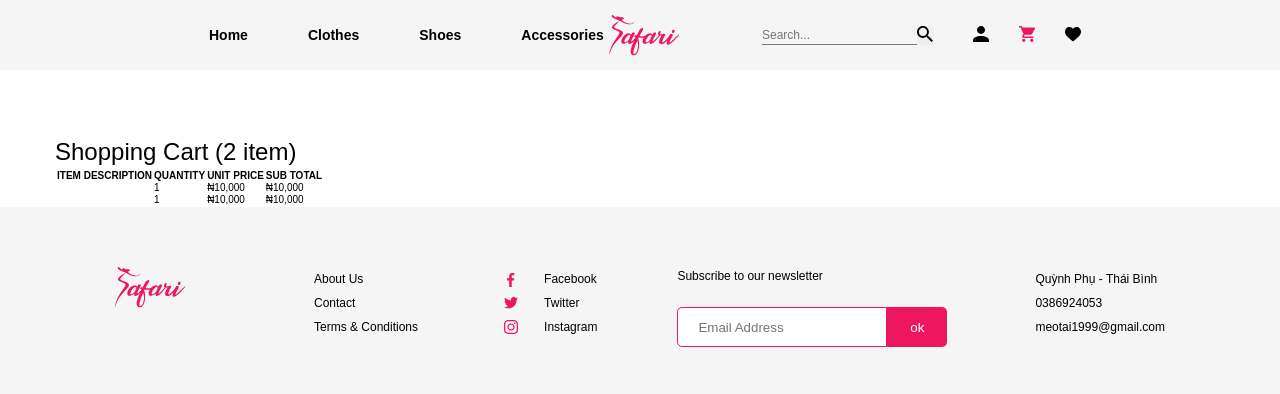
Repository: tboy1999/safari
Page: views/cart.html
An editor plug-in stored every save of this project. The page is shown before and after the next save, followed by the edit.
The browser window is 1280 px wide. The pictures show the whole page.
Some web libraries are served in a nearby version. The style sheet was rebuilt from its Sass, Less or Tailwind sources for each picture, by a compiler version that may differ from the author's.

Above is the page before, as saved 2022-04-28 13:11:06.

### views/cart.html
<!DOCTYPE html>
<html lang="en">
<head>
  <meta charset="UTF-8">
  <meta http-equiv="X-UA-Compatible" content="IE=edge">
  <meta name="viewport" content="width=device-width, initial-scale=1.0">
  <title>cart safari</title>
  <link rel="shortcut icon" href="./image/logo/Logo.svg" type="image/x-icon">
  <link rel="preconnect" href="https://fonts.googleapis.com">
  <link rel="preconnect" href="https://fonts.gstatic.com" crossorigin>
  <link rel="stylesheet" href="https://cdnjs.cloudflare.com/ajax/libs/font-awesome/6.1.1/css/all.min.css" integrity="sha512-KfkfwYDsLkIlwQp6LFnl8zNdLGxu9YAA1QvwINks4PhcElQSvqcyVLLD9aMhXd13uQjoXtEKNosOWaZqXgel0g==" crossorigin="anonymous" referrerpolicy="no-referrer" />
  <link rel="stylesheet" href="../css/grid.css">
  <link rel="stylesheet" href="../css/cart.css">
</head>
<body>
  <header id="header" class="header">
    <div class="container">
      <div class="header__container facenter">
        <ul class="header__list facenter fz14-fw600">
          <li class="header__item"><a href="../index.html" class="header__link">Home</a></li>
          <li class="header__item"><a href="./clothes.html" class="header__link">Clothes</a></li>
          <li class="header__item"><a href="./shoes.html" class="header__link">Shoes</a></li>
          <li class="header__item"><a href="./accessories.html" class="header__link">Accessories</a></li>
        </ul>
        <form class="header__search facenter">
          <input type="text" placeholder="Search..." class="fz12">
          <button type="submit"><img src="../image/header/search.svg" alt=""></button>
        </form>
        <div class="header__feature facenter">
          <a href="./user.html">
            <svg width="16" height="16" viewBox="0 0 16 16" fill="inherit" xmlns="http://www.w3.org/2000/svg">
            <path d="M8 0C9.06087 0 10.0783 0.421427 10.8284 1.17157C11.5786 1.92172 12 2.93913 12 4C12 5.06087 11.5786 6.07828 10.8284 6.82843C10.0783 7.57857 9.06087 8 8 8C6.93913 8 5.92172 7.57857 5.17157 6.82843C4.42143 6.07828 4 5.06087 4 4C4 2.93913 4.42143 1.92172 5.17157 1.17157C5.92172 0.421427 6.93913 0 8 0ZM8 10C12.42 10 16 11.79 16 14V16H0V14C0 11.79 3.58 10 8 10Z"/>
            </svg>
          </a>
          <a href="#" class="header__feature--active">
            <svg width="16" height="16" viewBox="0 0 16 16" fill="inherit" xmlns="http://www.w3.org/2000/svg">
              <path d="M12.8 12.8C11.912 12.8 11.2 13.512 11.2 14.4C11.2 14.8243 11.3686 15.2313 11.6686 15.5314C11.9687 15.8314 12.3757 16 12.8 16C13.2243 16 13.6313 15.8314 13.9314 15.5314C14.2314 15.2313 14.4 14.8243 14.4 14.4C14.4 13.9757 14.2314 13.5687 13.9314 13.2686C13.6313 12.9686 13.2243 12.8 12.8 12.8ZM0 0V1.6H1.6L4.48 7.672L3.392 9.632C3.272 9.856 3.2 10.12 3.2 10.4C3.2 10.8243 3.36857 11.2313 3.66863 11.5314C3.96869 11.8314 4.37565 12 4.8 12H14.4V10.4H5.136C5.08296 10.4 5.03209 10.3789 4.99458 10.3414C4.95707 10.3039 4.936 10.253 4.936 10.2C4.936 10.16 4.944 10.128 4.96 10.104L5.68 8.8H11.64C12.24 8.8 12.768 8.464 13.04 7.976L15.904 2.8C15.96 2.672 16 2.536 16 2.4C16 2.18783 15.9157 1.98434 15.7657 1.83431C15.6157 1.68429 15.4122 1.6 15.2 1.6H3.368L2.616 0H0ZM4.8 12.8C3.912 12.8 3.2 13.512 3.2 14.4C3.2 14.8243 3.36857 15.2313 3.66863 15.5314C3.96869 15.8314 4.37565 16 4.8 16C5.22435 16 5.63131 15.8314 5.93137 15.5314C6.23143 15.2313 6.4 14.8243 6.4 14.4C6.4 13.9757 6.23143 13.5687 5.93137 13.2686C5.63131 12.9686 5.22435 12.8 4.8 12.8Z"/>
            </svg>
          </a>
          <a href="#">
            <svg width="16" height="15" viewBox="0 0 16 15" fill="inherit"
            xmlns="http://www.w3.org/2000/svg">
              <path d="M14.7307 1.39307C13.9025 0.494751 12.766 0 11.5304 0C10.6068 0 9.76099 0.291992 9.01636 0.867798C8.64062 1.15845 8.30017 1.51404 8 1.92908C7.69995 1.51416 7.35938 1.15845 6.98352 0.867798C6.23901 0.291992 5.39319 0 4.4696 0C3.23401 0 2.09741 0.494751 1.26917 1.39307C0.450806 2.28088 0 3.49377 0 4.80847C0 6.16162 0.504272 7.40027 1.58691 8.70667C2.55542 9.87524 3.94739 11.0615 5.55933 12.4352C6.10974 12.9043 6.73364 13.436 7.38147 14.0024C7.55261 14.1523 7.77222 14.2349 8 14.2349C8.22766 14.2349 8.44739 14.1523 8.61829 14.0027C9.26611 13.4362 9.89038 12.9042 10.441 12.4348C12.0527 11.0614 13.4447 9.87524 14.4132 8.70654C15.4958 7.40027 16 6.16162 16 4.80835C16 3.49377 15.5492 2.28088 14.7307 1.39307Z"/>
            </svg>
          </a>
        </div>
        <div class="header__logo">
          <a href="../index.html"><img src="../image/logo/Logo.svg" alt=""></a>
        </div>
      </div>
    </div>
  </header>

  <main id="cart" class="cart">
    <div class="container">
      <h1 class="cart__heading fz24">Shopping Cart (2 item)</h1>
      <table>
        <thead>
          <tr>
            <th>ITEM DESCRIPTION</th>
            <th>QUANTITY</th>
            <th>UNIT PRICE</th>
            <th>SUB TOTAL</th>
          </tr>
        </thead>
        <tbody>
          <tr>
            <td></td>
            <td>1</td>
            <td>₦10,000</td>
            <td>₦10,000</td>
          </tr>
          <tr>
            <td></td>
            <td>1</td>
            <td>₦10,000</td>
            <td>₦10,000</td>
          </tr>
        </tbody>
      </table>
    </div>
  </main>
  <footer class="footer">
    <div class="container">
      <div class="footer__container d-flex fz12">
        <div class="footer__logo">
          <a href="../index.html"><img src="../image/logo/Logo.svg" alt=""></a>
        </div>
        <div class="footer__body d-flex gap80">
          <ul class="footer__pages">
            <li class="footer__item fz12"><a href="#">About Us</a></li>
            <li class="footer__item fz12"><a href="#">Contact</a></li>
            <li class="footer__item fz12"><a href="#">Terms & Conditions</a></li>
          </ul>
          <ul class="footer__networks">
            <li class="footer__item facenter gap20">
              <div class="footer__icon flex-center">
                <a href="#" class="facenter"><img src="../image/footer/fb.svg" alt=""></a>
              </div>
              <p><a href="#">Facebook</a></p>
            </li>
            <li class="footer__item facenter gap20">
              <div class="footer__icon flex-center">
                <a href="#" class="facenter"><img src="../image/footer/twitter.svg" alt=""></a>
              </div>
              <p><a href="#">Twitter</a></p>
            </li>
            <li class="footer__item facenter gap20">
              <div class="footer__icon flex-center">
                <a href="#" class="facenter"><img src="../image/footer/instagram.svg" alt=""></a>
              </div>
              <p><a href="#">Instagram</a></p>
            </li>
          </ul>
          <div class="footer__input">
            <p>Subscribe to our newsletter</p>
            <form action="" class="facenter footer__form">
              <input type="text" placeholder="Email Address">
              <button type="submit">ok</button>
            </form>
          </div>
        </div>
        <div class="footer__info">
          <p>Quỳnh Phụ - Thái Bình</p>
          <p>0386924053</p>
          <p>meotai1999@gmail.com</p>
        </div>
      </div>
    </div>
  </footer>
</body>
</html>

### css/grid.css
.container {
    width: 100%;
    display: block;
    padding: 0 15px;
    max-width: 1470px;
    margin: 0 auto;
}
.row {
    display: flex;
    flex-wrap: wrap;
}

.row.no-gutters {
    margin-left: 0;
    margin-right: 0;
}
.row.no-gutters .col {
    padding-left: 0;
    padding-right: 0;
}
@media screen and (max-width: 575.98px) {

    .row {
        margin-left: -4px;
        margin-right: -4px;
    }


    .col {
        padding-left: 4px;
        padding-right: 4px;
    }


    .xs-0 {
        display: none;
    }

    .xs-1 {
        flex: 0 0 8.33333%;
        max-width: 8.33333%;
    }

    .xs-2 {
        flex: 0 0 16.66667%;
        max-width: 16.66667%;
    }

    .xs-3 {
        flex: 0 0 25%;
        max-width: 25%;
    }

    .xs-4 {
        flex: 0 0 33.33333%;
        max-width: 33.33333%;
    }

    .xs-5 {
        flex: 0 0 41.66667%;
        max-width: 41.66667%;
    }

    .xs-6 {
        flex: 0 0 50%;
        max-width: 50%;
    }

    .xs-7 {
        flex: 0 0 58.33333%;
        max-width: 58.33333%;
    }

    .xs-8 {
        flex: 0 0 66.66667%;
        max-width: 66.66667%;
    }

    .xs-9 {
        flex: 0 0 75%;
        max-width: 75%;
    }

    .xs-10 {
        flex: 0 0 83.33333%;
        max-width: 83.33333%;
    }

    .xs-11 {
        flex: 0 0 91.66667%;
        max-width: 91.66667%;
    }

    .xs-12 {
        flex: 0 0 100%;
        max-width: 100%;
    }

    .xs-o-1 {
        margin-left: 8.33333%;
    }

    .xs-o-2 {
        margin-left: 16.66667%;
    }

    .xs-o-3 {
        margin-left: 25%;
    }

    .xs-o-4 {
        margin-left: 33.33333%;
    }

    .xs-o-5 {
        margin-left: 41.66667%;
    }

    .xs-o-6 {
        margin-left: 50%;
    }

    .xs-o-7 {
        margin-left: 58.33333%;
    }

    .xs-o-8 {
        margin-left: 66.66667%;
    }

    .xs-o-9 {
        margin-left: 75%;
    }

    .xs-o-10 {
        margin-left: 83.33333%;
    }

    .xs-o-11 {
        margin-left: 91.66667%;
    }
}



@media (min-width: 576px) and (max-width: 767.98px) {
    .row {
        margin-left: -6px;
        margin-right: -6px;
    }
    .col {
        padding-left: 6px;
        padding-right: 6px;
    }
    .sm-0 {
        display: none;
    }
    .sm-1,
    .sm-2,
    .sm-3,
    .sm-4,
    .sm-5,
    .sm-6,
    .sm-7,
    .sm-8,
    .sm-9,
    .sm-10,
    .sm-11,
    .sm-12 {
        display: block;
    }
    .sm-1 {
        flex: 0 0 8.33333%;
        max-width: 8.33333%;
    }
    .sm-2 {
        flex: 0 0 16.66667%;
        max-width: 16.66667%;
    }
    .sm-3 {
        flex: 0 0 25%;
        max-width: 25%;
    }
    .sm-4 {
        flex: 0 0 33.33333%;
        max-width: 33.33333%;
    }
    .sm-5 {
        flex: 0 0 41.66667%;
        max-width: 41.66667%;
    }
    .sm-6 {
        flex: 0 0 50%;
        max-width: 50%;
    }
    .sm-7 {
        flex: 0 0 58.33333%;
        max-width: 58.33333%;
    }
    .sm-8 {
        flex: 0 0 66.66667%;
        max-width: 66.66667%;
    }
    .sm-9 {
        flex: 0 0 75%;
        max-width: 75%;
    }
    .sm-10 {
        flex: 0 0 83.33333%;
        max-width: 83.33333%;
    }
    .sm-11 {
        flex: 0 0 91.66667%;
        max-width: 91.66667%;
    }
    .sm-12 {
        flex: 0 0 100%;
        max-width: 100%;
    }
    .sm-o-1 {
        margin-left: 8.33333%;
    }
    .sm-o-2 {
        margin-left: 16.66667%;
    }
    .sm-o-3 {
        margin-left: 25%;
    }
    .sm-o-4 {
        margin-left: 33.33333%;
    }
    .sm-o-5 {
        margin-left: 41.66667%;
    }
    .sm-o-6 {
        margin-left: 50%;
    }
    .sm-o-7 {
        margin-left: 58.33333%;
    }
    .sm-o-8 {
        margin-left: 66.66667%;
    }
    .sm-o-9 {
        margin-left: 75%;
    }
    .sm-o-10 {
        margin-left: 83.33333%;
    }
    .sm-o-11 {
        margin-left: 91.66667%;
    }
}

/* >= Tablet */

@media (min-width: 768px) and (max-width: 1023.98px) {
    .container {
        width: 644px;
    }
    .row {
        margin-left: -8px;
        margin-right: -8px;
    }
    .col {
        padding-left: 8px;
        padding-right: 8px;
    }
    .md-0 {
        display: none;
    }
    .md-1,
    .md-2,
    .md-3,
    .md-4,
    .md-5,
    .md-6,
    .md-7,
    .md-8,
    .md-9,
    .md-10,
    .md-11,
    .md-12 {
        display: block;
    }
    .md-1 {
        flex: 0 0 8.33333%;
        max-width: 8.33333%;
    }
    .md-2 {
        flex: 0 0 16.66667%;
        max-width: 16.66667%;
    }
    .md-3 {
        flex: 0 0 25%;
        max-width: 25%;
    }
    .md-4 {
        flex: 0 0 33.33333%;
        max-width: 33.33333%;
    }
    .md-5 {
        flex: 0 0 41.66667%;
        max-width: 41.66667%;
    }
    .md-6 {
        flex: 0 0 50%;
        max-width: 50%;
    }
    .md-7 {
        flex: 0 0 58.33333%;
        max-width: 58.33333%;
    }
    .md-8 {
        flex: 0 0 66.66667%;
        max-width: 66.66667%;
    }
    .md-9 {
        flex: 0 0 75%;
        max-width: 75%;
    }
    .md-10 {
        flex: 0 0 83.33333%;
        max-width: 83.33333%;
    }
    .md-11 {
        flex: 0 0 91.66667%;
        max-width: 91.66667%;
    }
    .md-12 {
        flex: 0 0 100%;
        max-width: 100%;
    }
    .md-o-1 {
        margin-left: 8.33333%;
    }
    .md-o-2 {
        margin-left: 16.66667%;
    }
    .md-o-3 {
        margin-left: 25%;
    }
    .md-o-4 {
        margin-left: 33.33333%;
    }
    .md-o-5 {
        margin-left: 41.66667%;
    }
    .md-o-6 {
        margin-left: 50%;
    }
    .md-o-7 {
        margin-left: 58.33333%;
    }
    .md-o-8 {
        margin-left: 66.66667%;
    }
    .md-o-9 {
        margin-left: 75%;
    }
    .md-o-10 {
        margin-left: 83.33333%;
    }
    .md-o-11 {
        margin-left: 91.66667%;
    }
}

/* > PC low resolution */

@media (min-width: 1024px) and (max-width: 1279.98px) {
    .container {
        width: 984px;
    }
    .row {
        margin-left: -12px;
        margin-right: -12px;
    }
    .col {
        padding-left: 12px;
        padding-right: 12px;
    }
    .lg-0 {
        display: none;
    }
    .lg-1,
    .lg-2,
    .lg-2-4,
    .lg-3,
    .lg-4,
    .lg-5,
    .lg-6,
    .lg-7,
    .lg-8,
    .lg-9,
    .lg-10,
    .lg-11,
    .lg-12 {
        display: block;
    }
    .lg-1 {
        flex: 0 0 8.33333%;
        max-width: 8.33333%;
    }
    .lg-2 {
        flex: 0 0 16.66667%;
        max-width: 16.66667%;
    }
    .lg-2-4 {
        flex: 0 0 20%;
        max-width: 20%;
    }
    .lg-3 {
        flex: 0 0 25%;
        max-width: 25%;
    }
    .lg-4 {
        flex: 0 0 33.33333%;
        max-width: 33.33333%;
    }
    .lg-5 {
        flex: 0 0 41.66667%;
        max-width: 41.66667%;
    }
    .lg-6 {
        flex: 0 0 50%;
        max-width: 50%;
    }
    .lg-7 {
        flex: 0 0 58.33333%;
        max-width: 58.33333%;
    }
    .lg-8 {
        flex: 0 0 66.66667%;
        max-width: 66.66667%;
    }
    .lg-9 {
        flex: 0 0 75%;
        max-width: 75%;
    }
    .lg-10 {
        flex: 0 0 83.33333%;
        max-width: 83.33333%;
    }
    .lg-11 {
        flex: 0 0 91.66667%;
        max-width: 91.66667%;
    }
    .lg-12 {
        flex: 0 0 100%;
        max-width: 100%;
    }
    .lg-o-1 {
        margin-left: 8.33333%;
    }
    .lg-o-2 {
        margin-left: 16.66667%;
    }
    .lg-o-3 {
        margin-left: 25%;
    }
    .lg-o-4 {
        margin-left: 33.33333%;
    }
    .lg-o-5 {
        margin-left: 41.66667%;
    }
    .lg-o-6 {
        margin-left: 50%;
    }
    .lg-o-7 {
        margin-left: 58.33333%;
    }
    .lg-o-8 {
        margin-left: 66.66667%;
    }
    .lg-o-9 {
        margin-left: 75%;
    }
    .lg-o-10 {
        margin-left: 83.33333%;
    }
    .lg-o-11 {
        margin-left: 91.66667%;
    }
}


@media (min-width: 1280px) and (max-width: 1535.98px) {
    .container {
        width: 1200px;
    }
    .row {
        margin-left: -12px;
        margin-right: -12px;
    }
    .col {
        padding-left: 12px;
        padding-right: 12px;
    }
    .xl-0 {
        display: none;
    }
    .xl-1,
    .xl-2,
    .xl-2-4,
    .xl-3,
    .xl-4,
    .xl-5,
    .xl-6,
    .xl-7,
    .xl-8,
    .xl-9,
    .xl-10,
    .xl-11,
    .xl-12 {
        display: block;
    }
    .xl-1 {
        flex: 0 0 8.33333%;
        max-width: 8.33333%;
    }
    .xl-2 {
        flex: 0 0 16.66667%;
        max-width: 16.66667%;
    }
    .xl-2-4 {
        flex: 0 0 20%;
        max-width: 20%;
    }
    .xl-3 {
        flex: 0 0 25%;
        max-width: 25%;
    }
    .xl-4 {
        flex: 0 0 33.33333%;
        max-width: 33.33333%;
    }
    .xl-5 {
        flex: 0 0 41.66667%;
        max-width: 41.66667%;
    }
    .xl-6 {
        flex: 0 0 50%;
        max-width: 50%;
    }
    .xl-7 {
        flex: 0 0 58.33333%;
        max-width: 58.33333%;
    }
    .xl-8 {
        flex: 0 0 66.66667%;
        max-width: 66.66667%;
    }
    .xl-9 {
        flex: 0 0 75%;
        max-width: 75%;
    }
    .xl-10 {
        flex: 0 0 83.33333%;
        max-width: 83.33333%;
    }
    .xl-11 {
        flex: 0 0 91.66667%;
        max-width: 91.66667%;
    }
    .xl-12 {
        flex: 0 0 100%;
        max-width: 100%;
    }
    .xl-o-1 {
        margin-left: 8.33333%;
    }
    .xl-o-2 {
        margin-left: 16.66667%;
    }
    .xl-o-3 {
        margin-left: 25%;
    }
    .xl-o-4 {
        margin-left: 33.33333%;
    }
    .xl-o-5 {
        margin-left: 41.66667%;
    }
    .xl-o-6 {
        margin-left: 50%;
    }
    .xl-o-7 {
        margin-left: 58.33333%;
    }
    .xl-o-8 {
        margin-left: 66.66667%;
    }
    .xl-o-9 {
        margin-left: 75%;
    }
    .xl-o-10 {
        margin-left: 83.33333%;
    }
    .xl-o-11 {
        margin-left: 91.66667%;
    }
}

@media (min-width: 1536px) {
    .container {
        width: 1440px;
    }
    .row {
        margin-left: -25px;
        margin-right: -25px;
    }
    .col {
        padding-left: 25px;
        padding-right: 25px;
    }
    .xxl-0 {
        display: none;
    }
    .xxl-1,
    .xxl-2,
    .xxl-2-4,
    .xxl-3,
    .xxl-4,
    .xxl-5,
    .xxl-6,
    .xxl-7,
    .xxl-8,
    .xxl-9,
    .xxl-10,
    .xxl-11,
    .xxl-12 {
        display: block;
    }
    .xxl-1 {
        flex: 0 0 8.33333%;
        max-width: 8.33333%;
    }
    .xxl-2 {
        flex: 0 0 16.66667%;
        max-width: 16.66667%;
    }
    .xxl-2-4 {
        flex: 0 0 20%;
        max-width: 20%;
    }
    .xxl-3 {
        flex: 0 0 25%;
        max-width: 25%;
    }
    .xxl-4 {
        flex: 0 0 33.33333%;
        max-width: 33.33333%;
    }
    .xxl-5 {
        flex: 0 0 41.66667%;
        max-width: 41.66667%;
    }
    .xxl-6 {
        flex: 0 0 50%;
        max-width: 50%;
    }
    .xxl-7 {
        flex: 0 0 58.33333%;
        max-width: 58.33333%;
    }
    .xxl-8 {
        flex: 0 0 66.66667%;
        max-width: 66.66667%;
    }
    .xxl-9 {
        flex: 0 0 75%;
        max-width: 75%;
    }
    .xxl-10 {
        flex: 0 0 83.33333%;
        max-width: 83.33333%;
    }
    .xxl-11 {
        flex: 0 0 91.66667%;
        max-width: 91.66667%;
    }
    .xxl-12 {
        flex: 0 0 100%;
        max-width: 100%;
    }
    .xxl-o-1 {
        margin-left: 8.33333%;
    }
    .xxl-o-2 {
        margin-left: 16.66667%;
    }
    .xxl-o-3 {
        margin-left: 25%;
    }
    .xxl-o-4 {
        margin-left: 33.33333%;
    }
    .xxl-o-5 {
        margin-left: 41.66667%;
    }
    .xxl-o-6 {
        margin-left: 50%;
    }
    .xxl-o-7 {
        margin-left: 58.33333%;
    }
    .xxl-o-8 {
        margin-left: 66.66667%;
    }
    .xxl-o-9 {
        margin-left: 75%;
    }
    .xxl-o-10 {
        margin-left: 83.33333%;
    }
    .xxl-o-11 {
        margin-left: 91.66667%;
    }
}

### scss/cart.scss
@import 'reset';
@import 'variable';
@import 'global';
@import 'alike';
@import 'header';
@import 'footer';

.cart {
  margin-top: 134px;
}

### scss/_reset.scss
* {
  padding: 0;
  margin: 0;
  box-sizing: border-box;
}

html:focus-within {
  scroll-behavior: smooth;
}

a,
button {
  display: block;
  outline: none;
  border: none;
  text-decoration: none;
  color: inherit;
  cursor: pointer;
}

input {
  outline: none;
}

ul {
  list-style-type: none;
}

// img {
//   width: 100%;
//   height: 100%;
//   object-fit: cover;
// }

### scss/_variable.scss
$text-color: #686868;
$primary-color: #ED165F;

$header-background-color: #F5F5F5;
$footer-background-color: #F5F5F5;

### scss/_global.scss
html {
  font-size: 10px;
  line-height: 1;
  scroll-behavior: smooth !important;
}

body {
  font-family: 'Mulish', sans-serif;
}

body .auto-top {
  display: none;
  position: fixed;
  right: 50px;
  top: 50%;
  width: 60px;
  height: 50px;
  border: 1px solid #000000;
  border-radius: 5px;
  animation: autoTop 2s ease-in-out;
  animation-iteration-count: infinite;
}
@keyframes autoTop {
  from {
    transform: translateY(0)
  }
  to {
    transform: translateY(-20px)
  }
}

.facenter {
  display: flex;
  align-items: center;
}

.facb {
  display:flex;
  justify-content: space-between;
  align-items: center;
}

.flex-center {
  display: flex;
  justify-content: center;
  align-items: center;
}

.d-flex {
  display: flex;
  flex-wrap: wrap;
}

.flex-column {
  display: flex;
  flex-direction: column;
}

.gap64 {
  gap: 64px 0
}

.gap80 {
  gap: 0 80px
}

.gap20 {
  gap: 0 20px
}

.gap16 {
  gap: 16px
}
.gap8 {
  gap: 8px
}

### scss/_alike.scss
.fz40 {
  font-weight: 700;
  font-size: 4rem;
  line-height: calc(24/40);
}

.fz30 {
  font-weight: 600;
  font-size: 30px;
}


.fz24 {
  font-weight: 400;
  font-size: 2.4rem;
  line-height: calc(35/24);
}

.fz20 {
  font-weight: 400;
  font-size: 2rem;
  line-height: calc(23/20);
  &-fw800 {
    font-weight: 800;
    font-size: 2rem;
    line-height: calc(23/20);
  }
}

.fz18 {
  font-weight: 800;
  font-size: 1.8rem;
  line-height: calc(24/18);
}

.fz16 {
  font-weight: 600;
  font-size: 1.6rem;
  line-height: calc(18/16);
  color: $text-color;
}

.fz14 {
  font-weight: 400;
  font-size: 1.4rem;
  line-height: calc(18/14);
  &-fw600 {
    font-weight: 600;
    font-size: 1.4rem;
    line-height: calc(18/14);
  }
}

.fz12 {
  font-weight: 400;
  font-size: 1.2rem;
  line-height: calc(18/12);
}

.fz10 {
  font-weight: 700;
  font-size: 1rem;
  line-height: calc(18/10);
}

### scss/_header.scss
.header {
  position: fixed;
  top: 0;
  left: 0;
  right: 0;
  z-index: 99999;
  background-color: $header-background-color;
  &__container {
    height: 70px;
    padding: 0 144px;
  }
  &__list {
    gap: 0 40px;
    flex: 1
  }
  &__search {
    input {
      border:none;
      border-bottom: 1px solid rgba(0, 0, 0, 0.5);
      color: rgba(0, 0, 0, 0.5);
      background-color: inherit;
    }
  }
  &__link {
    padding: 6px 10px;
    transition: all 0.2s linear;
    position: relative;
    &::after {
      content: "";
      position: absolute;
      width: 0;
      left: auto;
      right: 0;
      bottom: 0;
      height: 1px;
      transition: all 0.2s linear;
      background-color: red;
    }
    &:hover {
      color: $primary-color;
      &::after {
        width: 100%;
        right: auto;
        left: 0
      }
    }
    &.header__item--active {
      color: $primary-color;
      font-weight: 800;
      &::after {
        width: 100%;
      }
    }
  }
  &__feature {
    gap: 0 30px;
    margin-left: 40px;
    .header__feature--active {
      fill: $primary-color;
    }
  }
  &__logo {
    position: absolute;
    left: 47.57%;
    right: 47.57%;
    top: 21.43%;
    bottom: 20.93%;
  }
}

### scss/_footer.scss
.footer {
  background-color: $footer-background-color;
  &__container {
    padding: 60px;
  }
  &__pages {
    margin-left: 129px;
    a {
      padding: 3px 0;
    }
  }
  &__networks {
    a {
      padding: 3px 0
    }
  }
  &__icon {
    width: 26px
  }
  &__body {
    flex: 1
  }
  &__form {
    margin-top: 22px;
    width: 270px;
    height: 40px;
    border-radius: 5px;
    input {
      border: 1px solid $primary-color;
      padding: 0 0 0 20px;
      height: inherit;
      flex: 1;
      border-top-left-radius: 5px;
      border-bottom-left-radius: 5px;
    }
    button {
      width: 60px;
      height: inherit;
      background-color: $primary-color;
      color: #fff;
      border-top-right-radius: 5px;
      border-bottom-right-radius: 5px;
    }
  }
  &__info {
    p {
      padding: 3px 0
    }
  }
}

After the next save:
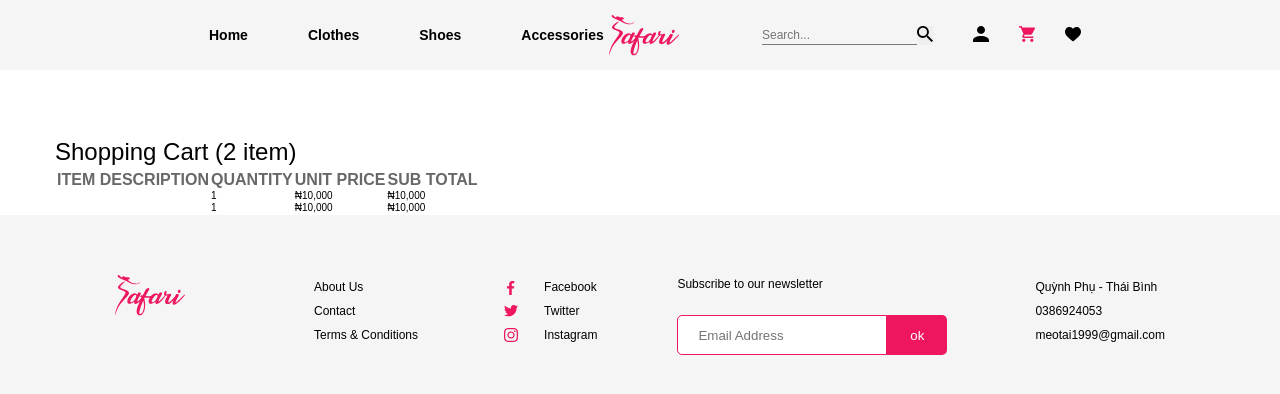
Saved 48 s later.
--- a/views/cart.html
+++ b/views/cart.html
@@ -55,7 +55,7 @@
     <div class="container">
       <h1 class="cart__heading fz24">Shopping Cart (2 item)</h1>
       <table>
-        <thead>
+        <thead class="fz16">
           <tr>
             <th>ITEM DESCRIPTION</th>
             <th>QUANTITY</th>
